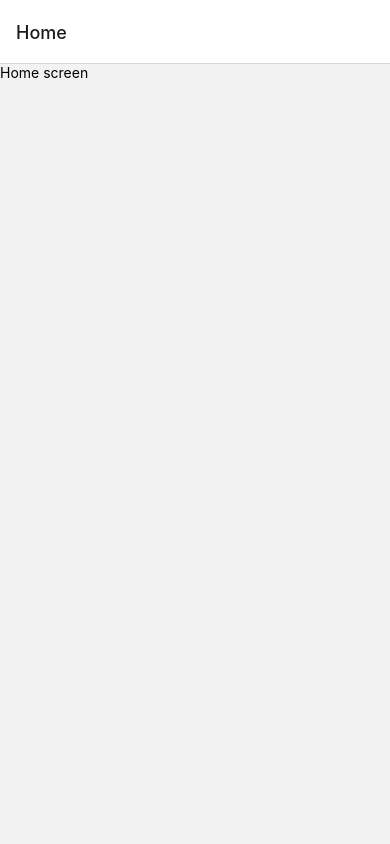
Repository: rocknegi/react-native-tinder
Screen: /
The author's editor kept a copy of each file at every save. The screen is drawn from the files as they stood at one save, then again after the next save.
The app was drawn by React Native's web renderer in a window 390 px wide. The project was rebuilt for these pictures with package versions that can differ from the ones it lists, and the page was loaded fresh each time. Also part of the build but not shown: screens/ChatScreen.jsx.

Above is the screen before, as saved 2021-12-11 18:09:49.

After the next save:
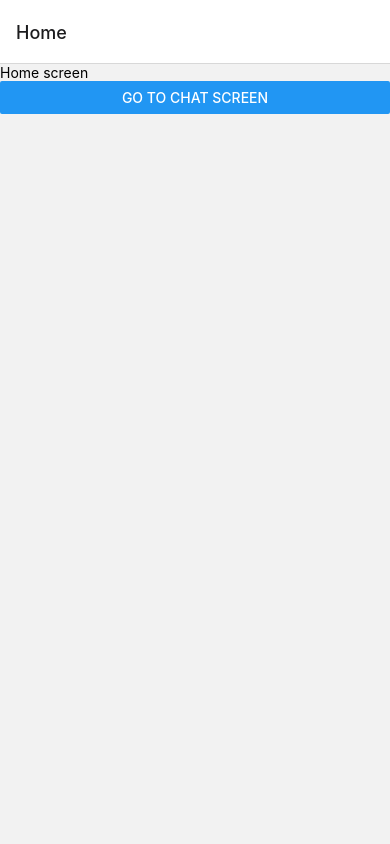
Saved 94 s later.
--- a/screens/HomeScreen.tsx
+++ b/screens/HomeScreen.tsx
@@ -1,10 +1,11 @@
 import React from "react";
-import { View, Text } from "react-native";
+import { View, Text, Button } from "react-native";
 
 const HomeScreen = () => {
   return (
     <View>
       <Text>Home screen</Text>
+      <Button title="go to chat screen" />
     </View>
   );
 };
